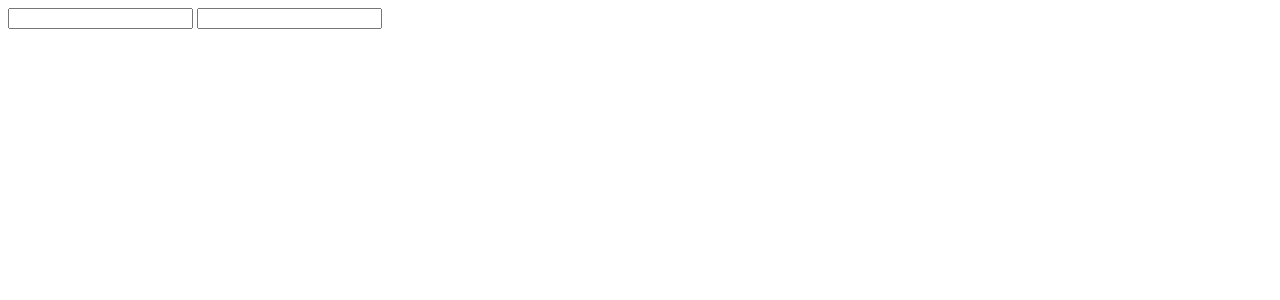
Repository: tamaratsymbaliuk/typescript-practice
Page: index.html
An editor plug-in stored every save of this project. The page is shown before and after a run of saves, followed by the edit.
The browser window is 1280 px wide. The pictures show the whole page.

Above is the page before, as saved 2025-04-02 19:33:04.
Console error: TypeError: Cannot read properties of null (reading 'addEventListener')

After the next 3 saves:
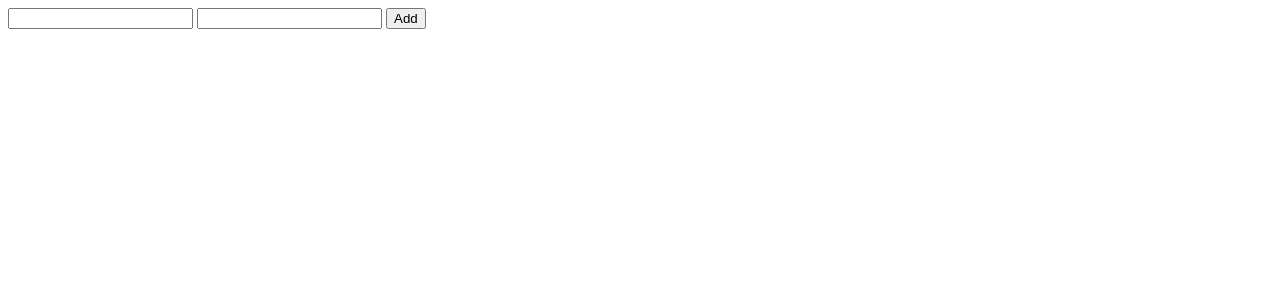
The error is gone.
The 3 saves are shown as one change because they came seconds apart.
The last was saved 9 s later.
--- a/index.html
+++ b/index.html
@@ -10,6 +10,7 @@
 <body>
   <input type="text" id="num1">
   <input type="text" id="num2">
+  <button>Add</button>
 
 </body>
 </html>
